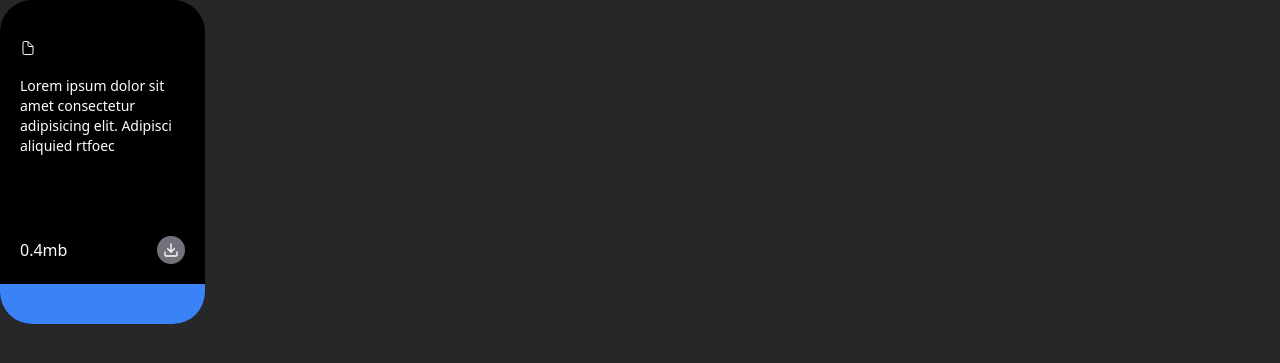
Repository: SharonSebastian32/dragable_cards
Page: /
These files come from the project's save history. The page is drawn as it stood at one moment and after a run of saves; the edit follows.
The browser window is 1280 px wide. The pictures show the whole page.
The project was rebuilt for these pictures with package versions that can differ from the ones it lists, and the page was loaded fresh each time. Also part of the build but not shown: vite.config.js.

Above is the page before, as saved 2024-08-21 10:29:01.

After the next 2 saves:
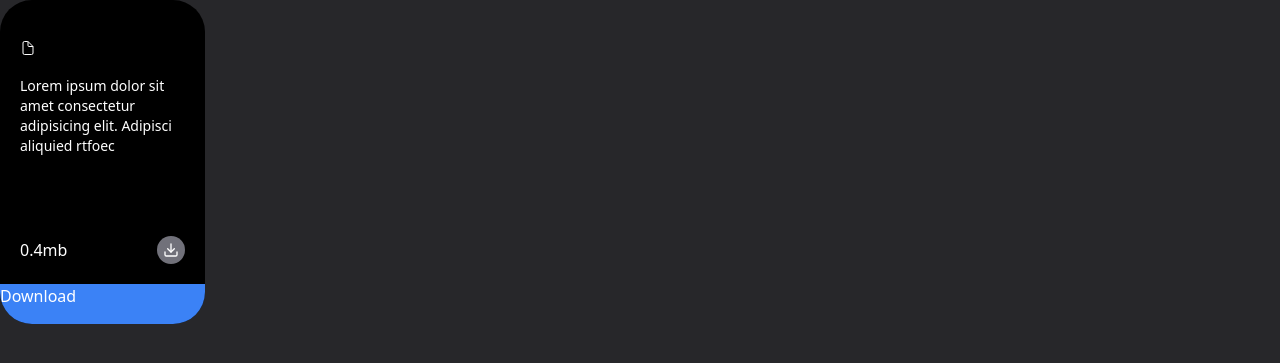
The 2 saves are shown as one change because they came seconds apart.
The last was saved 21 s later.
--- a/src/Components/Card.jsx
+++ b/src/Components/Card.jsx
@@ -16,8 +16,8 @@ const Card = () => {
             <LuDownload />{" "}
           </span>
         </div>{" "}
-              <div className="w-full h-10 bg-blue-500 ">
-
+        <div className="w-full h-10 bg-blue-500 ">
+          <h2>Download</h2>
         </div>
       </div>
     </div>
